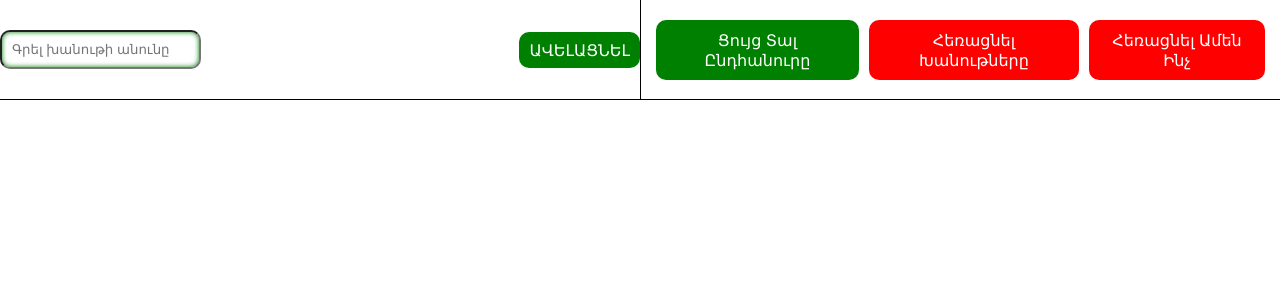
Repository: AbApin/amasia
Page: /
These files come from the project's save history. The page is drawn as it stood at one moment and after the next save; the edit follows.
The browser window is 1280 px wide. The pictures show the whole page.
The project was rebuilt for these pictures with package versions that can differ from the ones it lists, and the page was loaded fresh each time. Also part of the build but not shown: vue.config.js.

Above is the page before, as saved 2023-02-03 12:24:48.

### public/index.html
<!DOCTYPE html>
<html lang="">
  <head>
    <meta charset="utf-8" />
    <meta http-equiv="X-UA-Compatible" content="IE=edge" />
    <meta name="viewport" content="width=device-width,initial-scale=1.0" />
    <link rel="icon" href="<%= BASE_URL %>favicon.ico" />
    <title><%= htmlWebpackPlugin.options.title %></title>
    <link
      href="https://fonts.googleapis.com/css?family=Inter:100,200,300,regular,500,600,700,800,900"
      rel="stylesheet"
    />
  </head>
  <body>
    <noscript>
      <strong
        >We're sorry but <%= htmlWebpackPlugin.options.title %> doesn't work properly without
        JavaScript enabled. Please enable it to continue.</strong
      >
    </noscript>
    <div id="app"></div>
    <!-- built files will be auto injected -->
  </body>
</html>

### src/main.js
import Vue from 'vue';
import App from './App.vue';
import store from './store';
// store.subscribe((mutation, state) => {
//   localStorage.setItem('xanutner', JSON.stringify(state.xanutner));
//   localStorage.setItem('datarkXanutner', JSON.stringify(state.isEmpty));
// });
Vue.config.productionTip = false;

new Vue({
  store,
  render: (h) => h(App),
}).$mount('#app');

### src/App.vue
<template>
  <div id="app">
    <div class="header">
      <div class="avelacnelXanut">
        <input
          type="text"
          class="avelacnelInput"
          placeholder="Գրել խանութի անունը"
          v-model="inputValue"
        />
        {{ inputValue }}
        <button class="avelacnelBtn" @click="avelacnelXanut">Ավելացնել</button>
      </div>
      <div class="cuycTal">
        <button class="cuycTalBtn" @click="isClick = true">ցույց տալ ընդհանուրը</button>
        <button class="heracnelBtn" @click="REMOVEALL">հեռացնել Խանութները</button>
        <button class="heracnelBtn" @click="REMOVEALL">հեռացնել ամեն ինչ</button>
      </div>
      <div v-show="isClick" class="endhanurQanak">
        <button @click="isClick = false" class="closeBtn">X</button>
        <div class="endhanurQanakInner" :class="!ISEMPTY ? 'ovAuto' : ''">
          <p v-if="ISEMPTY" class="noProducts">Ոչ մի ապրանք</p>
          <ul class="endhanurQanakiList">
            <li
              v-for="xanutiAnun in Object.keys(ZAKAZNER)"
              :key="xanutiAnun"
              class="endhanurQanakiListItem"
            >
              <p class="endhanurQanakiListItemXanutiAnun">{{ xanutiAnun }}</p>
              <ul class="endhanurApranqneriList">
                <li
                  v-for="endhanurApranq in ZAKAZNER[xanutiAnun]"
                  :key="endhanurApranq.anun"
                  class="endhanurApranqneriListItem"
                >
                  <p class="endhanurApranqneriListItemAnun">{{ endhanurApranq.anun }}</p>
                  <p class="endhanurApranqneriListItemQanak">{{ endhanurApranq.qanak }}</p>
                </li>
              </ul>
            </li>
          </ul>
        </div>
      </div>
    </div>
    <div class="content">
      <ul class="contentList">
        <li v-for="xanutiAnun in Object.keys(XANUTNER)" :key="xanutiAnun" class="contentItem">
          <p class="xanutiAnun">{{ xanutiAnun }}</p>
          <ul class="apranqneriList">
            <li
              v-for="(apranq, apranqiHamar) in XANUTNER[xanutiAnun]"
              :key="apranqiHamar"
              class="apranqneriListItem"
            >
              <div class="apranqiText">
                <p class="apranqiAnun">{{ apranq.anun }}</p>
                <p class="apranqiQanak">{{ apranq.qanak }}</p>
              </div>
              <div class="apranqiAvelPakas">
                <button class="plus apranqiBtn" @click="AVELACNEL({ xanutiAnun, apranqiHamar })">
                  +
                </button>
                <button class="minus apranqiBtn" @click="PAKASACNEL({ xanutiAnun, apranqiHamar })">
                  -
                </button>
              </div>
            </li>
          </ul>
        </li>
      </ul>
    </div>
  </div>
</template>

<script>
import { mapGetters, mapMutations } from 'vuex';
export default {
  name: 'App',
  components: {},
  data() {
    return {
      isClick: false,
      inputValue: '',
    };
  },
  beforeMount() {
    this.INITIAL();
  },
  methods: {
    ...mapMutations(['AVELACNEL', 'PAKASACNEL', 'INITIAL', 'REMOVEALL', 'AVELACNEL_XANUT']),
    avelacnelXanut() {
      this.AVELACNEL_XANUT(this.inputValue);
    },
  },
  computed: {
    ...mapGetters(['XANUTNER', 'ZAKAZNER', 'ISEMPTY']),
  },
};
</script>

<style>
@import './app.css';
</style>

### src/store/index.js
import Vuex from 'vuex';
import Vue from 'vue';

Vue.use(Vuex);

const store = new Vuex.Store({
  state: {
    xanutner: {},
    isEmpty: true,
  },
  mutations: {
    AVELACNEL_XANUT(state, payload) {
      console.log('avelacav');
      if (payload !== '') {
        state.xanutner[payload] = [
          { anun: 'ՍՈՒԼՈՒԳՈՒՆԻ', qanak: 0 },
          { anun: 'Ամասիա', qanak: 0 },
          { anun: 'Լոռի մեծ', qanak: 0 },
          { anun: 'Լոռի փոքր', qanak: 0 },
          { anun: 'Լոռի վակուում', qanak: 0 },
          { anun: 'Ոչխարի Պանիր', qanak: 0 },
          { anun: 'Չանախ', qanak: 0 },
          { anun: 'Չանախ էժան', qanak: 0 },
          { anun: 'Չեչիլ սպիտակ մատ', qanak: 0 },
          { anun: 'Չեչիլ սպիտակ կծիկ', qanak: 0 },
          { anun: 'Չեչիլ ապխտած մատ', qanak: 0 },
          { anun: 'Չեչիլ ապխտած կծիկ', qanak: 0 },
          { anun: 'Հոլանդական', qanak: 0 },
          { anun: 'Գունավոր Թել', qanak: 0 },
          { anun: 'ԿԱՐԱԳ', qanak: 0 },
        ];
      }
    },
    AVELACNEL(state, payload) {
      state.xanutner[payload.xanutiAnun][payload.apranqiHamar].qanak += 1;
    },
    PAKASACNEL(state, payload) {
      let qanak = state.xanutner[payload.xanutiAnun][payload.apranqiHamar].qanak;
      if (qanak >= 1) {
        state.xanutner[payload.xanutiAnun][payload.apranqiHamar].qanak -= 1;
      }
      console.log(state.$getters.ZAKAZNER);
    },
    INITIAL(state) {
      if (localStorage.getItem('xanutner')) {
        state.xanutner = JSON.parse(localStorage.xanutner);
      } else if (localStorage.getItem('datarkXanutner')) {
        state.isEmpty = JSON.parse(localStorage.datarkXanutner);
      }
    },
    REMOVEALL(state) {
      Object.keys(state.xanutner).forEach((xanut) => {
        state.xanutner[xanut].map((el) => {
          el.qanak = 0;
        });
      });
      state.isEmpty = true;
    },
    REMOVEXANUTNER(state) {
      state.xanutner = {};
      state.isEmpty = true;
    },
  },
  getters: {
    XANUTNER(state) {
      return state.xanutner;
    },
    ZAKAZNER(state) {
      let zakazner = {};
      Object.keys(state.xanutner).forEach((xanut) => {
        zakazner[xanut] = state.xanutner[xanut].filter(function (el) {
          return el.qanak > 0;
        });
        if (zakazner[xanut].length === 0) {
          delete zakazner[xanut];
        }
      });
      Object.keys(zakazner).forEach((zakaz) => {
        if (zakazner[zakaz].length === 0) {
          state.isEmpty = true;
        } else {
          state.isEmpty = false;
        }
      });

      return zakazner;
    },
    ISEMPTY(state) {
      return state.isEmpty;
    },
  },
});

export default store;

### src/app.css
*,
*::after,
*::before {
  margin: 0;
  padding: 0;
  box-sizing: border-box;
}
ul {
  list-style: none;
}
#app {
  display: flex;
  flex-direction: column;
  min-height: 100vh;
}
.header {
  display: flex;
  justify-content: space-between;
  width: 100%;
  height: 100px;
  border-bottom: 1px solid #000;
}
.avelacnelXanut {
  display: flex;
  justify-content: space-between;
  width: 50%;
  gap: 20px;
  align-items: center;
}
.avelacnelBtn {
  font-family: 'Inter';
  font-size: 16px;
  line-height: 1;
  text-transform: uppercase;
  border: none;
  padding: 10px;
  background: green;
  color: #fff;
  border-radius: 10px;
}
.avelacnelInput {
  padding: 10px;
  border-radius: 10px;
  outline: none;
  box-shadow: inset 0 0 5px green;
}
.contentList {
  display: flex;
  flex-direction: column;
}
.contentItem {
  display: flex;
  flex-direction: column;
  justify-content: space-between;
}
.xanutiAnun {
  display: flex;
  align-items: center;
  justify-content: center;
  width: 100%;
  font-family: 'Inter';
  font-size: 20px;
  font-weight: 500;
  letter-spacing: 3px;
  word-wrap: break-word;
  padding: 10px;
  border: 1px solid #000;
  border-top: 0;
  border-left: 0;
  border-right: 0;
  text-transform: uppercase;
}
.apranqneriList {
  width: 100%;
  display: flex;
  justify-content: space-between;
}
.apranqneriListItem {
  display: flex;
  flex-direction: column;
  flex: 1 1 0;
  border: 1px solid #000;
  border-top: 0;
  border-left: 0;
}
.apranqiText {
  display: flex;
  justify-content: space-between;
  align-items: center;
  height: 50%;
}
.apranqiAnun {
  display: flex;
  align-items: center;
  justify-content: center;
  font-family: 'Inter';
  font-size: 16px;
  font-weight: 500;
  word-wrap: break-word;
  text-align: center;
  width: 75%;
  border-right: 1px solid #000;
  height: 100%;
  padding: 10px 5px;
  text-transform: capitalize;
}
.apranqiQanak {
  display: flex;
  justify-content: center;
  align-items: center;
  width: 25%;
  height: 100%;
  padding: 10px 5px;
}
.apranqiAvelPakas {
  display: flex;
  justify-content: space-between;
  width: 100%;
  height: 50%;
}
.apranqiBtn {
  display: inline-flex;
  justify-content: center;
  align-items: center;
  font-family: 'Inter';
  font-size: 30px;
  font-weight: 700;
  letter-spacing: 3px;
  border: none;
  color: #fff;
  width: 50%;
  cursor: pointer;
}
.plus {
  background: green;
}
.minus {
  background: red;
}
.cuycTal {
  width: 50%;
  display: flex;
  align-items: center;
  justify-content: space-between;
  gap: 10px;
  padding: 15px;
  border-left: 1px solid #000;
}
.heracnelBtn,
.cuycTalBtn {
  display: inline-block;
  font-family: 'Inter';
  font-size: 16px;
  padding: 10px;
  border-radius: 10px;
  border: none;
  color: #fff;
  text-transform: capitalize;
  cursor: pointer;
  transition: all 0.3s linear;
}
.heracnelBtn {
  background: red;
}
.cuycTalBtn {
  background: green;
}

/* endahnur */
.endhanurQanak {
  display: flex;
  justify-content: center;
  align-items: center;
  position: fixed;
  z-index: 999;
  top: 0;
  left: 0;
  width: 100%;
  height: 100%;
  background-color: rgba(0, 0, 0, 0.7);
}
.endhanurQanakInner {
  width: 90%;
  height: 90%;
  background: #fff;
  box-shadow: 0 0 10px #fff;
  border-radius: 20px;
}
.ovAuto {
  overflow: auto;
}
.endhanurQanakiList {
  display: flex;
  flex-direction: column;
  justify-content: space-between;
  height: 100%;
}
.endhanurQanakiListItem {
  display: flex;
  align-items: center;
  flex: 1 1 0;
  border-bottom: 1px solid #000;
}
.endhanurQanakiListItem:last-child {
  border-bottom: none;
}
.endhanurQanakiListItemXanutiAnun {
  border-right: 1px solid #000;
  width: 10%;
  display: flex;
  align-items: center;
  justify-content: center;
  height: 100%;
  font-family: 'Inter';
  font-size: 18px;
  letter-spacing: 1px;
  text-transform: capitalize;
}
.endhanurApranqneriList {
  height: 100%;
  width: 90%;
  display: flex;
  flex-direction: column;
  justify-content: space-between;
  overflow: auto;
}
.endhanurApranqneriListItem {
  display: flex;
  gap: 10px;
  flex: 1 1 0;
  align-items: center;
  justify-content: flex-start;
  padding: 10px;
  border-bottom: 1px solid #000;
}
.endhanurApranqneriListItem:last-child {
  border-bottom: none;
}
.endhanurApranqneriListItemQanak {
  color: red;
  font-size: 25px;
  font-family: 'Inter';
  font-weight: 700;
}
.endhanurApranqneriListItemAnun {
  font-weight: bold;
  font-size: 20px;
}
.noProducts {
  display: flex;
  justify-content: center;
  align-items: center;
  font-size: 2rem;
  font-family: 'Inter';
  font-style: italic;
  font-weight: 700;
  width: 100%;
  height: 100%;
  padding: 20px;
}
.closeBtn {
  display: inline-block;
  color: #fff;
  font-size: 25px;
  position: absolute;
  right: 15px;
  top: 5px;
  background: transparent;
  border: none;
  cursor: pointer;
}

@media screen and (max-width: 767px) {
  .header {
    flex-direction: column-reverse;
    height: 150px;
  }
  .avelacnelXanut {
    padding: 20px;
    height: 50%;
    width: 100%;
  }
  .cuycTal {
    width: 100%;
    height: 50%;
    gap: 5px;
    padding: 10px;
    border: 0;
    border-bottom: 1px solid #000;
  }
  .apranqneriList {
    overflow: auto;
  }
  .apranqneriListItem {
    min-width: 200px;
  }
  .endhanurQanakiListItemXanutiAnun {
    width: 50%;
    letter-spacing: 0;
    font-size: 16px;
    padding: 5px;
  }
}

After the next save:
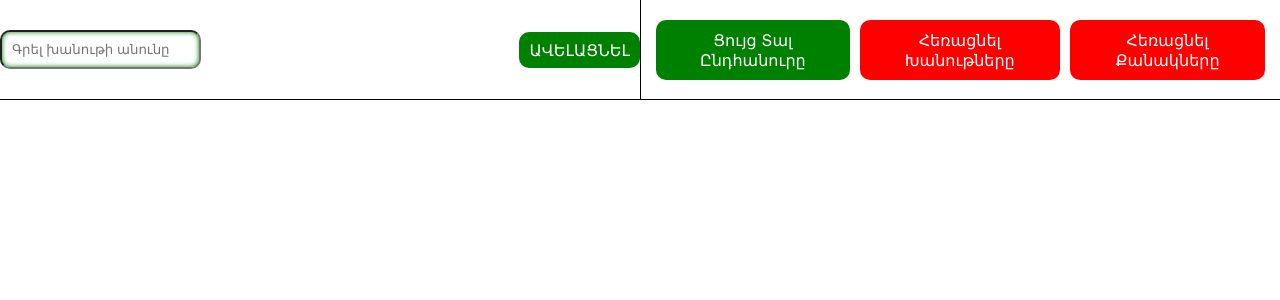
Saved 16 s later.
--- a/src/App.vue
+++ b/src/App.vue
@@ -14,7 +14,7 @@
       <div class="cuycTal">
         <button class="cuycTalBtn" @click="isClick = true">ցույց տալ ընդհանուրը</button>
         <button class="heracnelBtn" @click="REMOVEALL">հեռացնել Խանութները</button>
-        <button class="heracnelBtn" @click="REMOVEALL">հեռացնել ամեն ինչ</button>
+        <button class="heracnelBtn" @click="REMOVEALL">հեռացնել քանակները</button>
       </div>
       <div v-show="isClick" class="endhanurQanak">
         <button @click="isClick = false" class="closeBtn">X</button>
